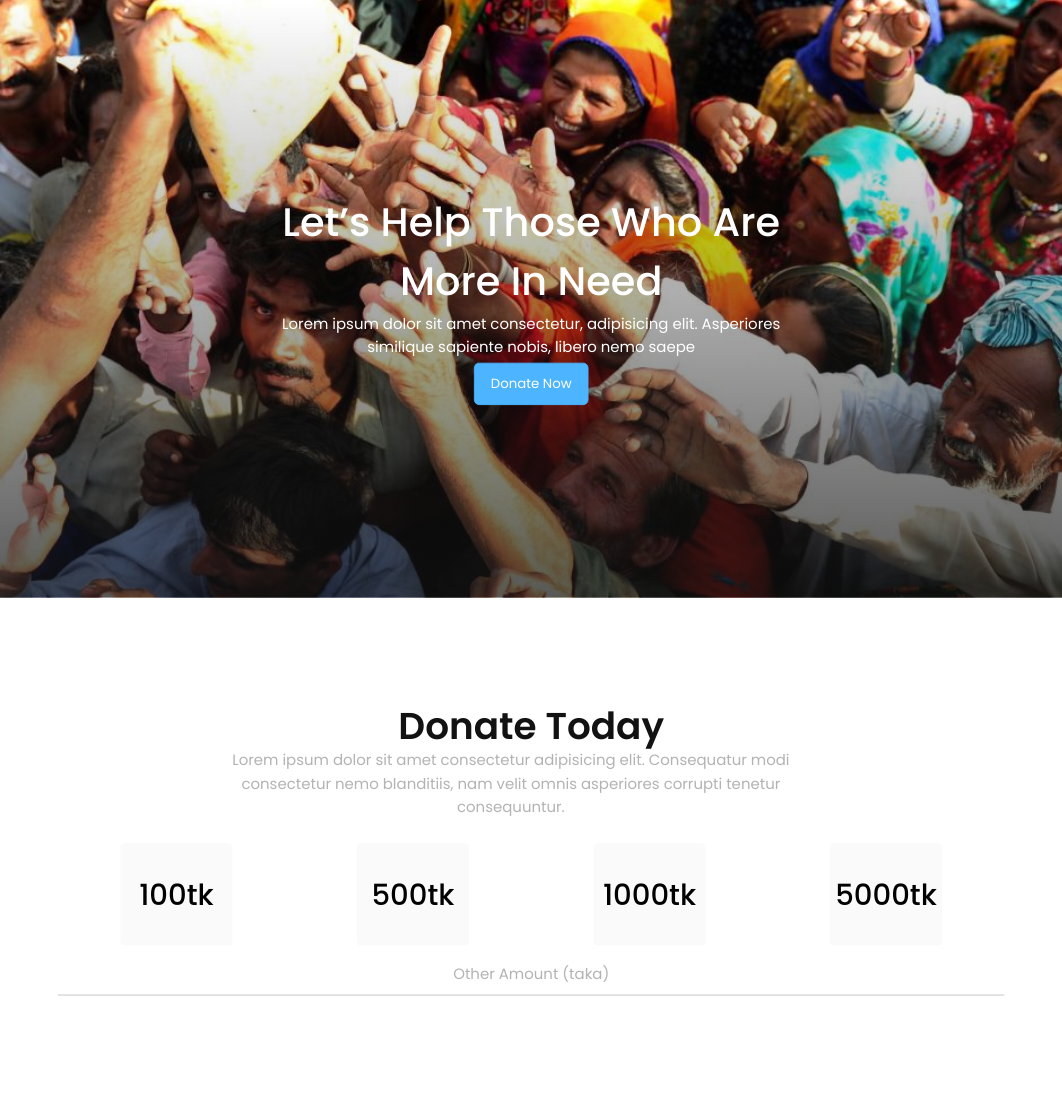
Repository: mdrubel02/donate-website
Page: index.html
The author's editor kept a copy of each file at every save. The page is drawn from the files as they stood at one save, then again after the next save.
The browser window is 1280 px wide. The pictures show the whole page, at 83% of full size.

Above is the page before, as saved 2022-07-06 13:49:17.

After the next save:
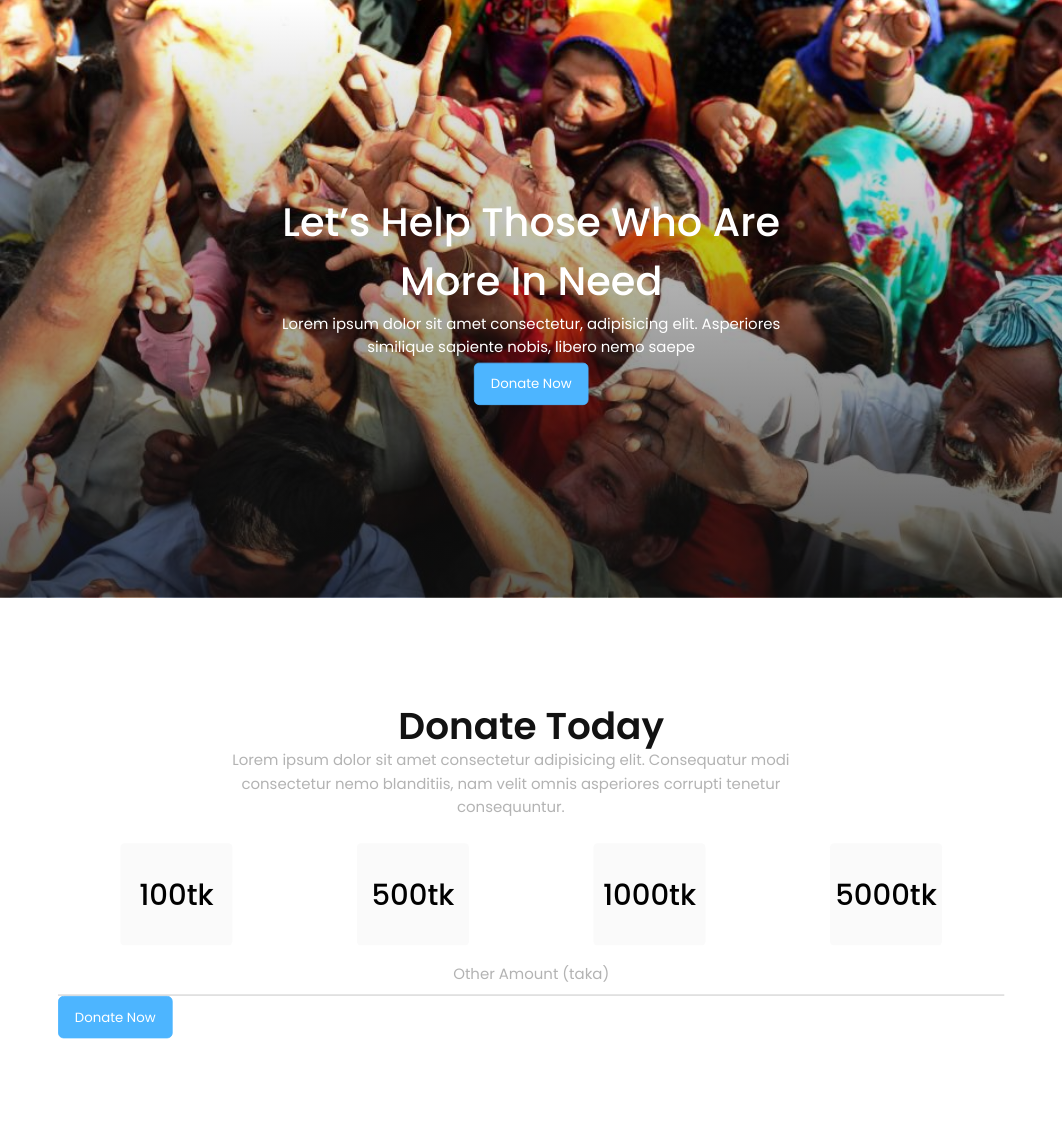
Saved 104 s later.
--- a/index.html
+++ b/index.html
@@ -45,6 +45,7 @@
             <p>Other Amount <span>(taka)</span></p>
         </div>
         <hr>
+        <a href="" class="btn btn-primary">Donate Now</a>
     </section>
 </body>
 
